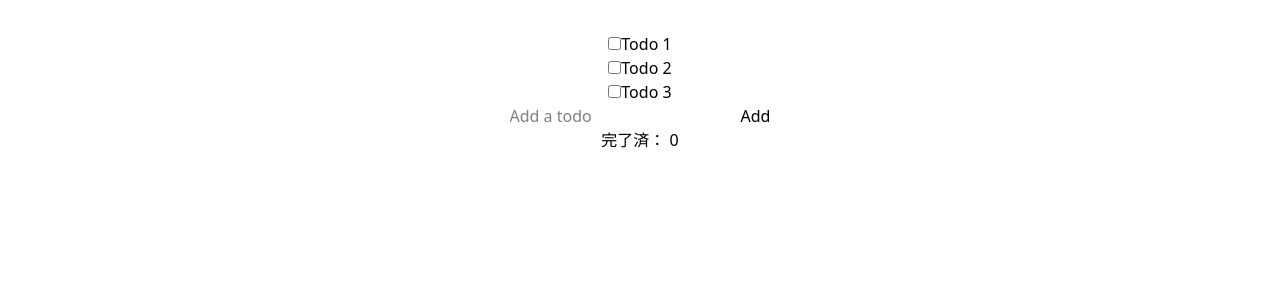
Repository: hiro-base/todo-cicd-app-react-010
Page: /
An editor plug-in stored every save of this project. The page is shown before and after the next save, followed by the edit.
The browser window is 1280 px wide. The pictures show the whole page.
The project was rebuilt for these pictures with package versions that can differ from the ones it lists, and the page was loaded fresh each time. Also part of the build but not shown: vite.config.ts.

Above is the page before, as saved 2025-10-13 15:04:05.

After the next save:
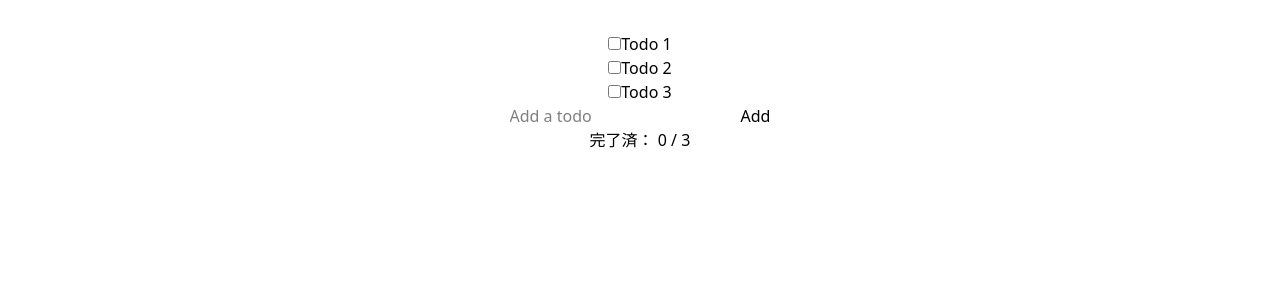
Saved 75 s later.
--- a/src/App.tsx
+++ b/src/App.tsx
@@ -60,7 +60,10 @@ function App() {
         />
         <button type="submit">Add</button>
       </form>
-      <div>完了済： {todos.filter((todo) => todo.completed).length}</div>
+      <div>
+        完了済： {todos.filter((todo) => todo.completed).length} /{" "}
+        {todos.length}
+      </div>
     </>
   );
 }
